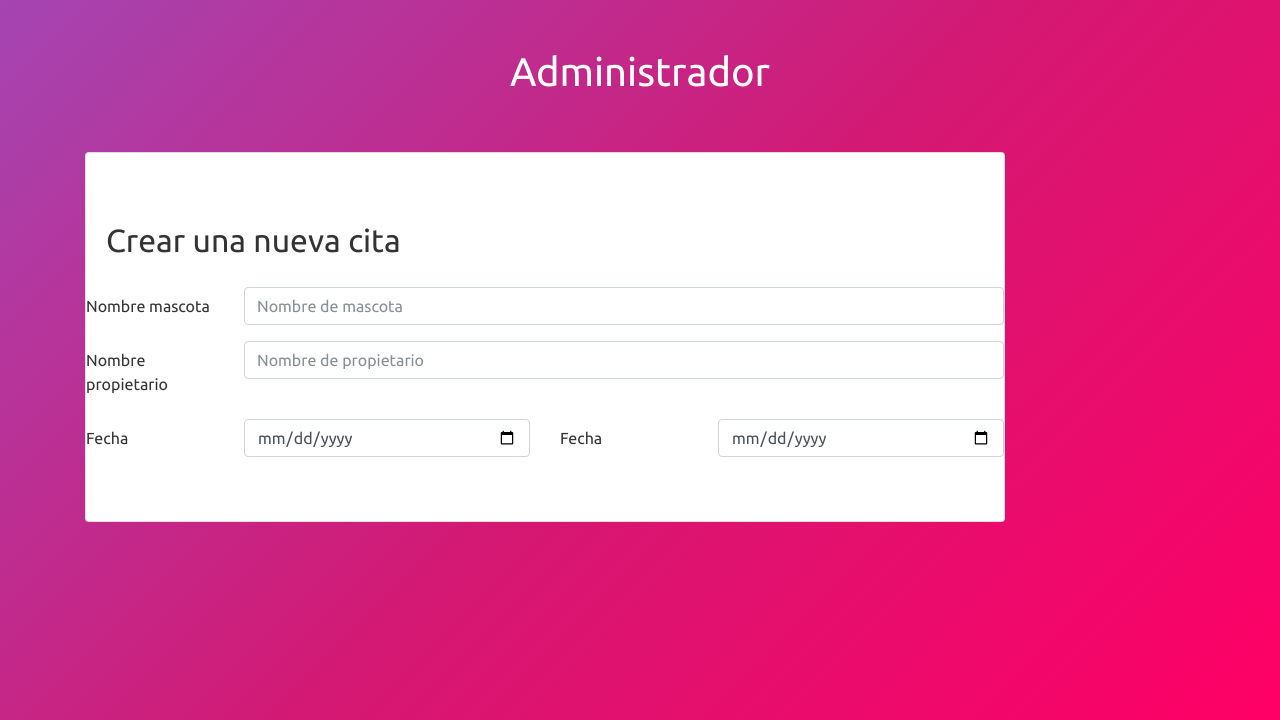
Repository: harrycampaz/react-veterinario-form
Page: /
The author's editor kept a copy of each file at every save. The page is drawn from the files as they stood at one save, then again after the next save.
The browser window is 1280 px wide. The pictures show the whole page.
The project was rebuilt for these pictures with package versions that can differ from the ones it lists, and the page was loaded fresh each time.

Above is the page before, as saved 2020-01-16 14:18:31.

### src/App.js
import React, { Component } from "react";
import "./bootstrap.min.css";
import Header from "./components/ui/Header";
import NuevaCita from "./components/layout/NuevaCita";

class App extends Component {
  state = {};
  render() {
    return (
      <div className="container">
        <Header titulo="Administrador" />
        <div className="row">
          <div className="col-md-10 max-auto">
            <NuevaCita />
          </div>
        </div>
      </div>
    );
  }
}

export default App;

### src/components/ui/Header.js
import React from 'react';

const Header = ({titulo}) => {
    return (
      <header>
<h1 className="text-center"> {titulo}</h1>
      </header>
    );
};

export default Header;

### src/components/layout/NuevaCita.js
import React, { Component } from "react";

class NuevaCita extends Component {
  render() {
    return (
      <div className="card mt-5 py-5">
        <div className="card-body">
          <h2> Crear una nueva cita</h2>
        </div>

        <form>
          <div class="form-group row">
            <label className="col-sm-4 col-lg-2 col-form-label" for="nombre">
              Nombre mascota
            </label>
            <div className="col-sm-8 col-lg-10">
              <input
                type="text"
                className="form-control"
                name="mascota"
                id="mascota"
                aria-describedby="emailHelpId"
                placeholder="Nombre de mascota"
              />
            </div>
          </div>
          <div class="form-group row">
            <label className="col-sm-4 col-lg-2 col-form-label" for="nombre">
              Nombre propietario
            </label>
            <div className="col-sm-8 col-lg-10">
              <input
                type="text"
                className="form-control"
                name="propietario"
                id="propietario"
                aria-describedby="emailHelpId"
                placeholder="Nombre de propietario"
              />
            </div>
          </div>

          <div class="form-group row">
            <label className="col-sm-4 col-lg-2 col-form-label" for="nombre">
              Fecha
            </label>
            <div className="col-sm-8 col-lg-4">
              <input
                type="date"
                className="form-control"
                name="fecha"
                id="fecha"
                aria-describedby="emailHelpId"
              />
            </div>

            <label className="col-sm-4 col-lg-2 col-form-label" for="nombre">
              Fecha
            </label>
            <div className="col-sm-8 col-lg-4">
              <input
                type="date"
                className="form-control"
                name="propietario"
                id="propietario"
                aria-describedby="emailHelpId"
                placeholder="Nombre de propietario"
              />
            </div>
          </div>
        </form>
      </div>
    );
  }
}

export default NuevaCita;

Loaded but not shown: public/index.html (common file); src/index.js (common file); src/index.css (common file); src/serviceWorker.js (common file); src/bootstrap.min.css (library)

After the next save:
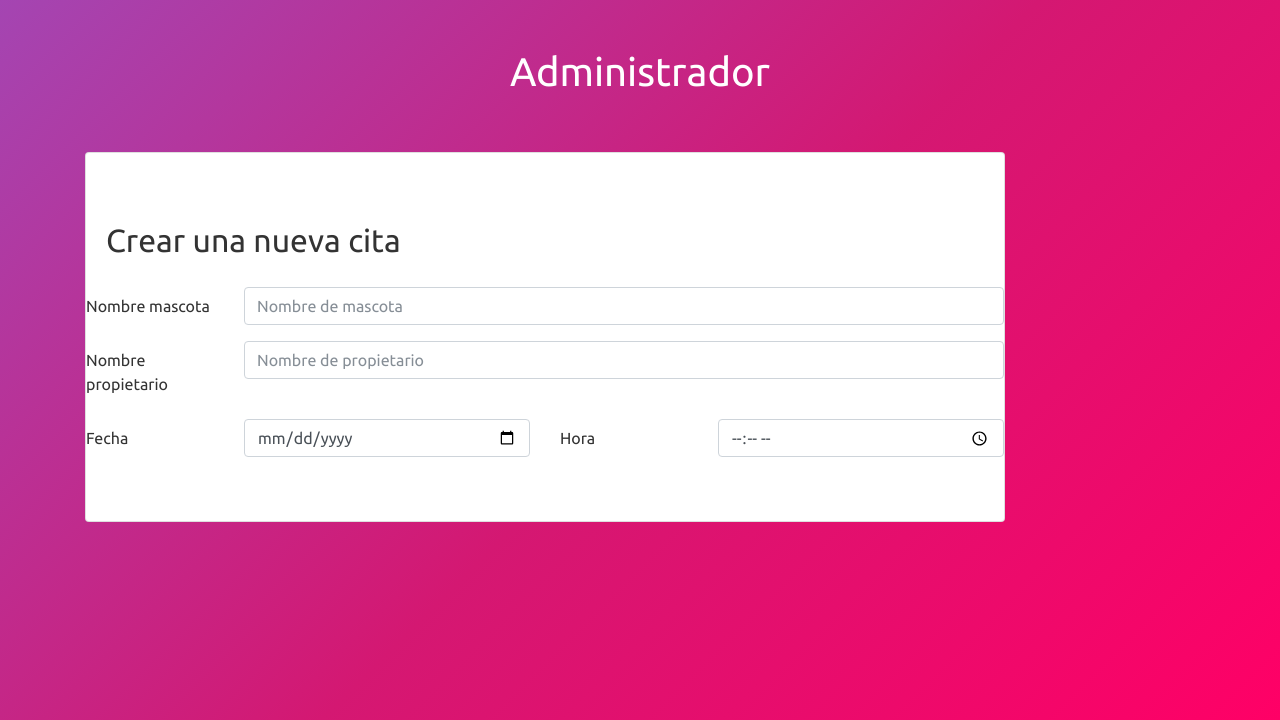
Saved 16 s later.
--- a/src/components/layout/NuevaCita.js
+++ b/src/components/layout/NuevaCita.js
@@ -55,11 +55,11 @@ class NuevaCita extends Component {
             </div>
 
             <label className="col-sm-4 col-lg-2 col-form-label" for="nombre">
-              Fecha
+              Hora
             </label>
             <div className="col-sm-8 col-lg-4">
               <input
-                type="date"
+                type="time"
                 className="form-control"
                 name="propietario"
                 id="propietario"
